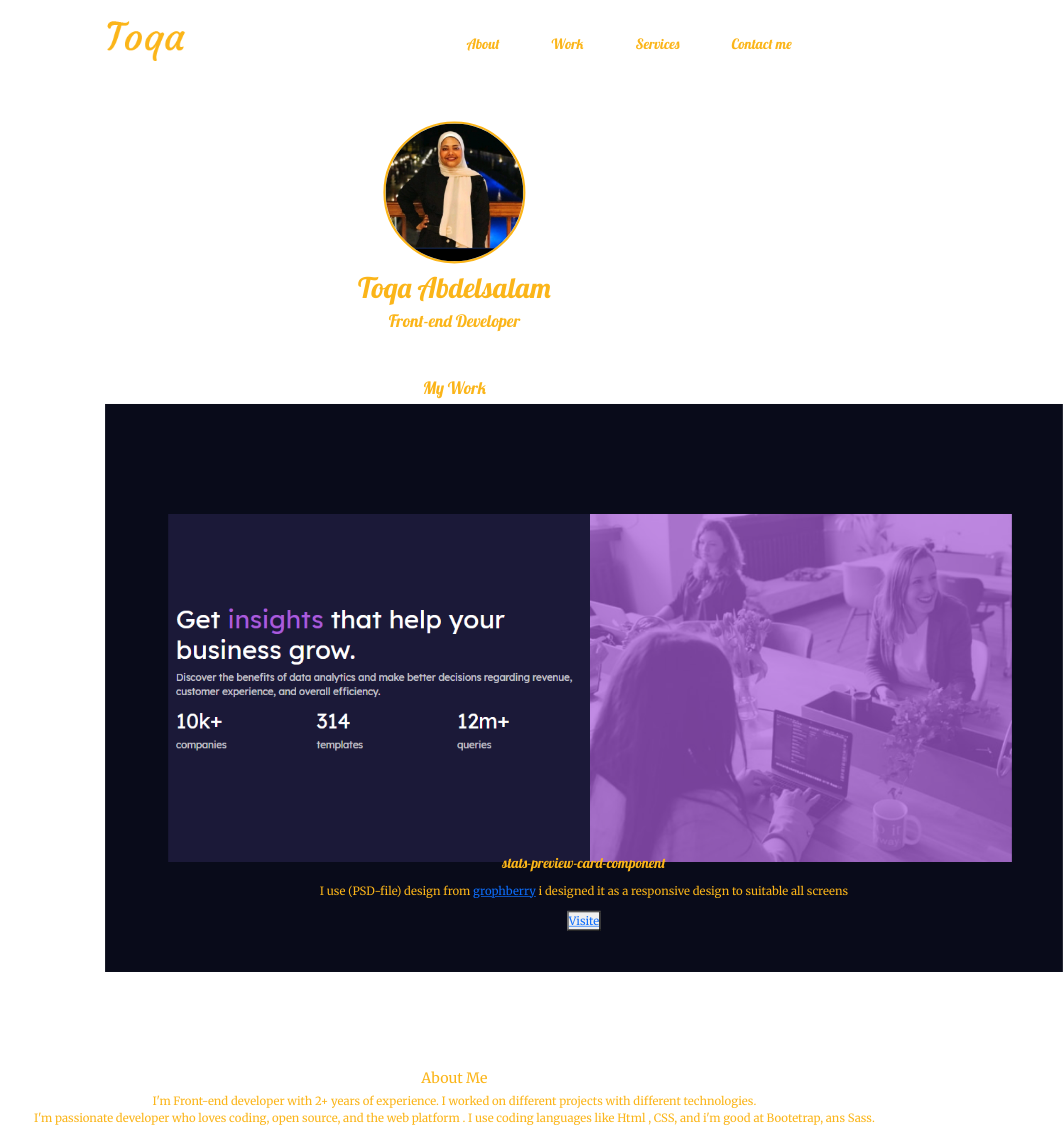
Repository: Toqa-25/portfolio
Page: index.html
An editor plug-in stored every save of this project. The page is shown before and after a run of saves, followed by the edit.
The browser window is 1280 px wide. The page is 1497 px wide, then 1280 px, so the pictures cover 1497 px, including what lies to the right of the window. The pictures show the whole page, at 71% of full size.
Some web fonts or font styles are not loaded; a fallback is used.

Above is the page before, as saved 2021-10-31 18:24:32.

### index.html
<!DOCTYPE html>
<html lang="en">
<head>
    <meta charset="UTF-8">
    <meta http-equiv="X-UA-Compatible" content="IE=edge">
    <meta name="viewport" content="width=device-width, initial-scale=1.0">
    <title>Toqa Portfolio</title>
      <!-- bootstrap file -->
      <link rel="stylesheet" href="css/all.min.css">
      <link rel="stylesheet" href="css/bootstrap.css">
      <!-- css file -->
      <link rel="stylesheet" href="css/style.css">
      <!-- fonts -->
      <link rel="preconnect" href="https://fonts.googleapis.com">
<link rel="preconnect" href="https://fonts.gstatic.com" crossorigin>
<link href="https://fonts.googleapis.com/css2?family=Lobster&family=Otomanopee+One&display=swap" rel="stylesheet">
<link rel="preconnect" href="https://fonts.googleapis.com">
<link rel="preconnect" href="https://fonts.gstatic.com" crossorigin>
<link href="https://fonts.googleapis.com/css2?family=Merriweather:ital,wght@0,300;0,400;0,700;0,900;1,300;1,400;1,700;1,900&display=swap" rel="stylesheet">
<link rel="preconnect" href="https://fonts.googleapis.com">
<link rel="preconnect" href="https://fonts.gstatic.com" crossorigin>
<link href="https://fonts.googleapis.com/css2?family=Bebas+Neue&family=Oswald:wght@200;300;400;500;600;700&display=swap" rel="stylesheet">
</head>
<body>
        <!-- header section -->
    <header class="pad">
       <div class="container">
         <div class="header-content">
           <div class="header-logo">
             <img src="images/logo.png" alt="logo">
           </div>
           <div class="bar">
             <svg xmlns="http://www.w3.org/2000/svg" width="35" height="35" fill="#fbb519" class="bi bi-list" viewBox="0 0 16 16">
               <path fill-rule="evenodd" d="M2.5 12a.5.5 0 0 1 .5-.5h10a.5.5 0 0 1 0 1H3a.5.5 0 0 1-.5-.5zm0-4a.5.5 0 0 1 .5-.5h10a.5.5 0 0 1 0 1H3a.5.5 0 0 1-.5-.5zm0-4a.5.5 0 0 1 .5-.5h10a.5.5 0 0 1 0 1H3a.5.5 0 0 1-.5-.5z"/>
             </svg>
              <ul class="hidden-list unlist list">
              <li>About</li>
              <li>Work</li>
              <li>Services</li>
              <li>Contact me</li>
              <li>Reviews</li>
            </ul>
           </div>
           <div class="header-nav">
             <ul class="list unlist">
                 <li>About</li>
                 <li>Work</li>
                 <li>Services</li>
                 <li>Contact me</li>
                 <!-- <li>Reviews</li> -->
             </ul>

           </div>
         </div>
         </div>
        </header><!-- end header section -->
        <!-- information  section -->
    <section  class="inform pad">
      <div class="main-inform " role="main">
        <div class="inform-info">
        <img src="images/toqa.jpg" alt=""><br>
        <h1>Toqa Abdelsalam</h1>
        <h4>Front-end Developer</h4>
      </div>
      </div>
    </section> <!-- end information  section -->

      <!-- my-work  section -->
      <section class="pad work">
        <div class="container">
          <h4 class="work-head">My Work</h4>
          <div class="work-content">
      <div class="work-card" role="menu">
        <div class="card-img">
          <img src="images/toqa-25.github.io_stats-preview-card-component-main_.png" alt="">
        </div>
        <div class="card-info">
          <h5 class="card-title">stats-preview-card-component </h5>
          <p class="card-inf-text"> I use  (PSD-file) design from <span> <a href="https://www.frontendmentor.io/">grophberry</a></span>
        i designed it as a responsive design to suitable all screens
         </p>
      <button class="card-button"><a href="https://toqa-25.github.io/stats-preview-card-component-main/">Visite</a></button>
        </div>
 </div>
      <!-- <div class="project card" role="menu">
        <img src="images/toqa-25.github.io_3-cards-component3_.png" alt="">
        <p>3-card-component
      I use (PSD-file) design from <span> <a href="https://www.frontendmentor.io/">grophberry</a></span>
  i designed it as a responsive design to suitable all screens <br>
  <button><a href="https://toqa-25.github.io/3-cards-component/">Visite</a></button>
 </p>
 </div>
      <div class="project card" role="menu">
          <img src="images/destop-luxestate - Copy (1).png" alt="">
          <p>Luxestate is Real-Estate Company
        I use Luxestate (PSD_file) design from <span> <a href="https://www.graphberry.com/">grophberry</a></span>
    i designed it as a responsive design to suitable all screens <br>
    <button><a href="https://toqa-25.github.io/luxstate-project-/">Visite</a></button>
   </p>
   </div>
      <div class="project card" role="menu">
          <img src="images/web_design.png" alt="">
          <p>Doop is an advertising-agency .
        I use Doop (PSD_file) design from <span> <a href="https://www.graphberry.com/">grophberry</a></span>
    i designed it as a responsive design to suitable all screens <br>
    <button><a href="https://toqa-25.github.io/simply-agency/">Visit </a></button>
   </p>
   </div>
      <div class="project card" role="menu">
        <img src="images/Vibo_App(desktop)_toqa-25.github.io2.png" alt="">
          <p>Vibo is an App-Development company
        I use Vibo PSD design from <span> <a href="https://www.graphberry.com/">grophberry</a></span>
    i designed it as a responsive design to suitable all screens <br>
    <button><a href="https://toqa-25.github.io/vibo-app/">Visite</a></button>
   </p>
   </div>
   <div class="project card" role="menu">
    <img src="images/toqa-25.github.io_landing-meeting-page_desktop.png" alt="">
    <p>Metting landing page
  I use  design from <span> <a href="https://www.frontendmentor.io/">grophberry</a></span>
i designed it as a responsive design to suitable all screens <br>
<button><a href="https://toqa-25.github.io/landing-meeting-page/">Visite</a></button>
</p>
</div> -->
   </div>
   </div>
      </section>

      <section class="section about">

          <h5>About Me</h5>
      <p> I'm Front-end developer with 2+ years of experience. I worked on different projects with different technologies. <br>
       I'm passionate developer who loves coding, open source, and the web platform .
       I use coding languages like Html , CSS, and i'm good at Bootetrap, ans Sass. </p>
      </section>

</body>
</html>

### css/style.css
/*
    public style
***********************
*/
:root{
    --main-color:#fbb519;
    --section-padding:30px;
}
* , *:after , *:before{
    box-sizing: border-box;
    margin: 0;
    padding: 0;
}
body{
    font-family: 'Merriweather', serif;
    color:var(--main-color);
}
.pad{
    padding: var(--section-padding) 0;
}
.container
{
  width: 80%;
  margin:auto;
  padding: 0 20px;
}
 .pad h5{
    text-align: center;
    font-family: 'Lobster';
    margin-bottom: 15px;
 }
 .unlist{
     list-style: none;
 }
/*
    header style
***********************
*/
 header{
    font-family: 'Lobster', cursive;
 }
 .header-content{
    display: flex;
}
.header-logo{
    width:50%;
}
.bar{
    position: relative;
    display: none;
    margin: auto 20px;
     transition: .2s;
     cursor: pointer;
     width: 50%;
    /* text-align: right; */
    justify-content: flex-end;
}
 .header-nav{
   min-width: 50%;
    display: flex;
    justify-content: flex-end;
 }
 .header-nav .list{
     width: 100%;
     display: flex;
     justify-content: space-between;
     align-items: center;
     padding: 17px;
 }
  .list li{
     font-size: 20px;
     transition: .2s;
     -webkit-transition: .2s;
     -moz-transition: .2s;
     -ms-transition: .2s;
     -o-transition: .2s;
     cursor: pointer;
     margin-bottom: 2px;
    }
     .list li:hover{
        border-bottom: 2px solid var(--main-color);
    }
    .hidden-list{
         text-align: center;
         position: absolute;
         width: 120px;
         top: 3px;
         right: -70px;
         background-color: #f5f5dc91;
         padding: 10px;
         border-radius: 25px;
         -webkit-border-radius: 25px;
         -moz-border-radius: 25px;
         -ms-border-radius: 25px;
         -o-border-radius: 25px;
         transition: .2s;
         -webkit-transition: .2s;
         -moz-transition: .2s;
         -ms-transition: .2s;
         -o-transition: .2s;
         visibility: hidden;
         display: none;
}
/* media quary for header*/
 @media (max-width: 991px){
   .header-nav {
      display: none;
  }
  .bar{
      display: flex;
  }
  .bar:hover .hidden-list{
    visibility: visible;
    display: block;
  }
}
/*
    my-information&image style
  ********************************
 */
 .main-inform{
     color: var(--main-color);
    text-align: center;
    height: 300px;
    display: flex;
    align-items: center;
    justify-content: center;
    font-family: 'Lobster', cursive;
}
.main-inform img{
    width: 200px;
    height: 200px;
    border:3px solid;
    border-radius: 50%;
    -webkit-border-radius: 50%;
     -moz-border-radius: 50%;
     -ms-border-radius: 50%;
     -o-border-radius: 50%;
     margin-bottom: 10px;
    }
/*
    my-work style
********************************
*/
.work{
    text-align: center;
}
 .work-content{
    display: grid;
    grid-template-columns:repeat(3,1fr);
    gap:10px;
 }
 .work .work-head{
    text-align: center;
    font-family: 'Lobster';
 }
 .work-card{

 }
 .card-img{
     width:100%;
     height:70%;
 }
.card {
    width: 100%;
    height: 100%;
    position: relative;
    display: flex;
    flex-direction: column;
    min-width: 0;
    word-wrap: break-word;
    background-color: black;
    background-clip: border-box;
    border: 4px solid var(--main-color);
    border-radius: 0.3rem;
}

.card img{
    max-width:100%;
    max-height: 150px;
    border-bottom: 3px solid;
}
.card img:hover{
   transform: scale(1.1);
   -webkit-transform: scale(1.1);
   -moz-transform: scale(1.1);
   -ms-transform: scale(1.1);
   -o-transform: scale(1.1);
}
.card p{
    margin-bottom: 1rem;
    background-color: black;
    font-size: 10px;
    padding: 2px;
    margin: 0px;
    margin-top: 0px;
    width: 100%;
    height: 100%;
    text-align: center;
    color:#483705;
    background-color: #f5f5dce8;
    padding-top: 10px;

}
.card p a{
    text-decoration: none;
    color: #e2bc66;
    font-weight: bolder;
}
.card p:hover{

}

.card button{
    width: 95px;
    text-align: center;
    background-color: #ffc107;
    border: none;
    border-radius: 15px;
    padding: 5px;
    margin-top: 7px;
}
.card button:hover{
    width:120px;
    padding: 10px;
}
.card button a{
    text-decoration: none;
    color: #483705;
}

.about{
    text-align: center;

}

/*
           media quary style
    ***************************************
        //extra small devices @media (maxwidth:575px)
        //small devices @media (maxwidth:767px)
        //medium devices @media (maxwidth:991px)
        //large devices @media (maxwidth:1199px)
*/

Loaded but not shown: css/all.min.css (library); css/bootstrap.css (library)

After the next 2 saves:
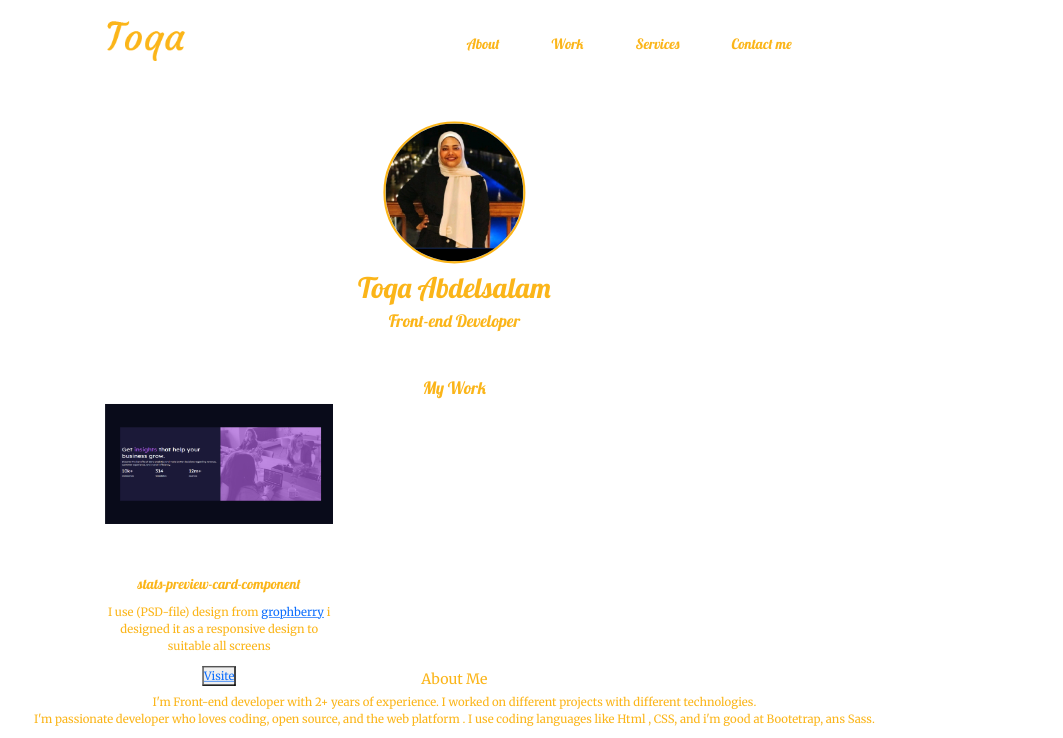
The 2 saves are shown as one change because they came seconds apart.
The last was saved 59 min 58 s later.
--- a/css/style.css
+++ b/css/style.css
@@ -161,6 +161,10 @@ body{
      width:100%;
      height:70%;
  }
+ .card-img img{
+     width:100%;
+     height:70%;
+ }
 .card {
     width: 100%;
     height: 100%;
